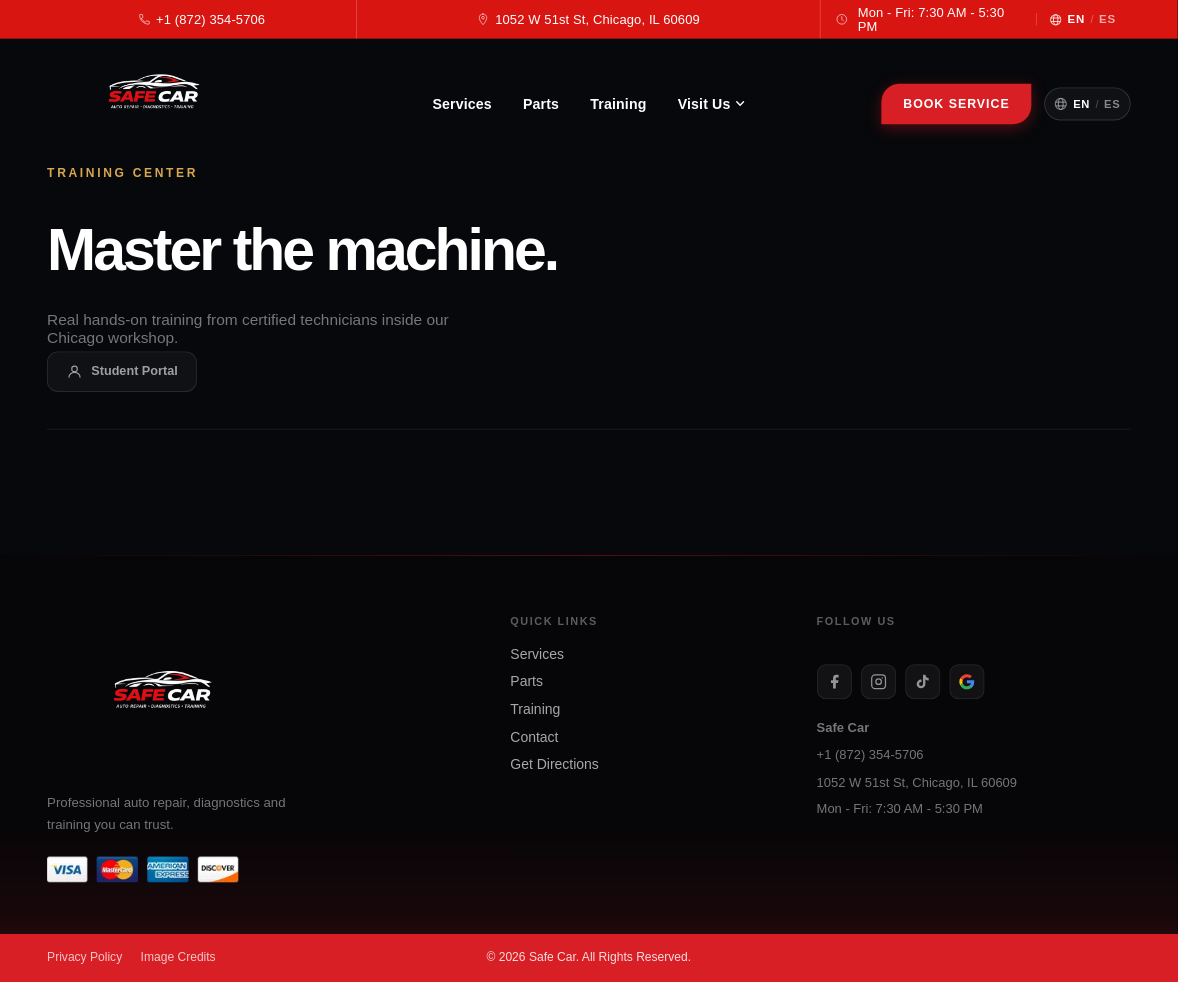
Repository: Jonshk/safecar_modular_pro
Page: /training (app in frontend/)
An editor plug-in stored every save of this project. The page is shown before and after the next save, followed by the edit.
The browser window is 1280 px wide. The pictures show the whole page, at 92% of full size.
The page's requests for data from a server got no answer. The project was rebuilt for these pictures with package versions that can differ from the ones it lists, and the page was loaded fresh each time. The framework's server and built-in components were replaced by stand-ins that run in the browser. No one was signed in, and anything a server would have sent is missing. Also part of the build but not shown: frontend/next.config.mjs.

Above is the page before, as saved 2026-04-18 15:43:56.

After the next save:
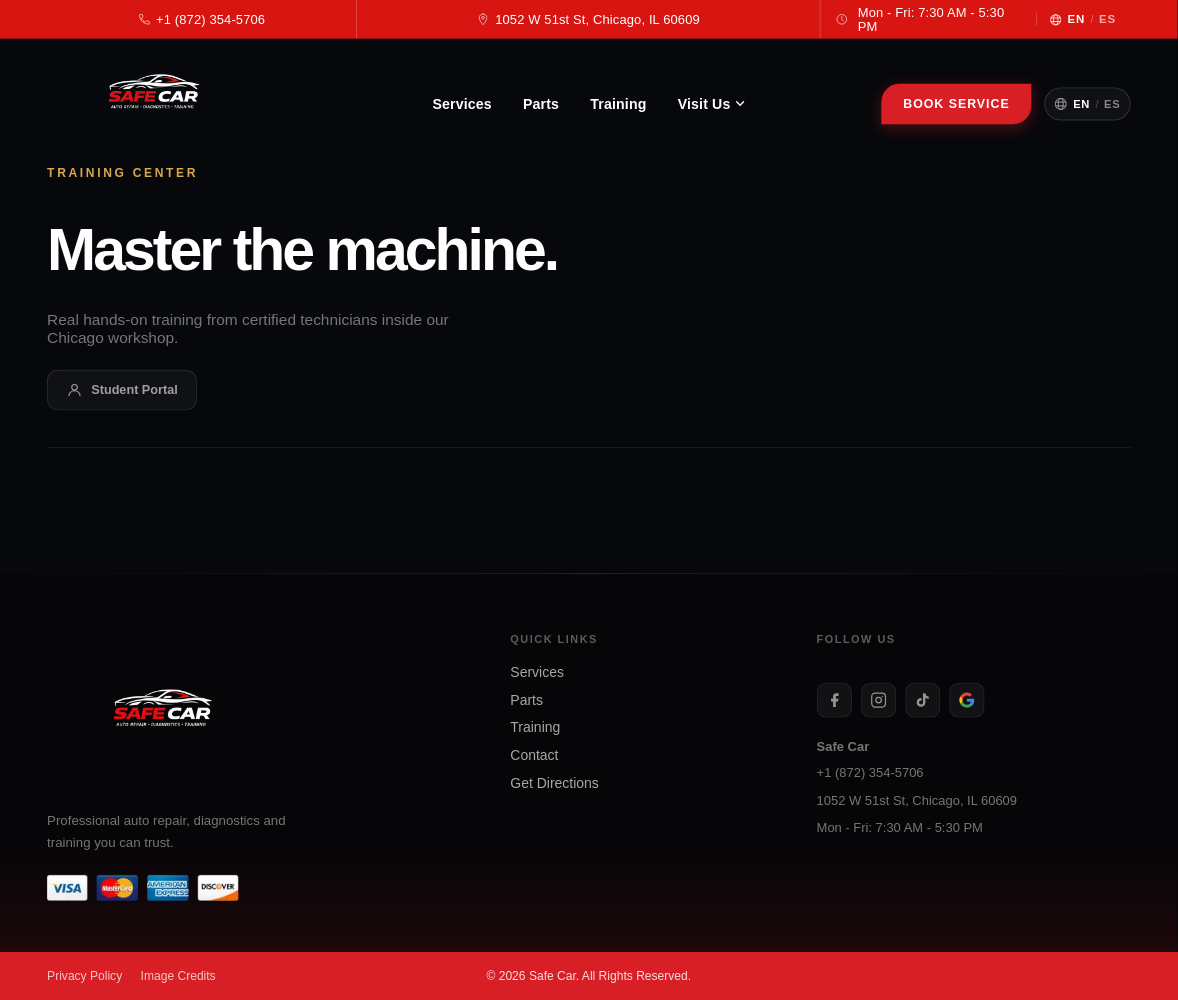
Saved 2 min 3 s later.
--- a/frontend/app/training/page.tsx
+++ b/frontend/app/training/page.tsx
@@ -489,14 +489,14 @@ export default function TrainingPage() {
             <p className="eyebrow">{t.eyebrow}</p>
             <h1 className="trnHeroTitle">{t.title}</h1>
             <p className="trnHeroSub">{t.sub}</p>
-          </div>
-          <button className="trnPortalBtn" onClick={() => setView("portal")}>
-            <svg width="18" height="18" viewBox="0 0 24 24" fill="none">
-              <circle cx="12" cy="8" r="4" stroke="currentColor" strokeWidth="1.6"/>
-              <path d="M4 20c0-4 3.6-7 8-7s8 3 8 7" stroke="currentColor" strokeWidth="1.6" strokeLinecap="round"/>
-            </svg>
-            {t.portalTitle}
-          </button>
+            <button className="trnPortalBtn" onClick={() => setView("portal")}>
+              <svg width="18" height="18" viewBox="0 0 24 24" fill="none">
+                <circle cx="12" cy="8" r="4" stroke="currentColor" strokeWidth="1.6"/>
+                <path d="M4 20c0-4 3.6-7 8-7s8 3 8 7" stroke="currentColor" strokeWidth="1.6" strokeLinecap="round"/>
+              </svg>
+              {t.portalTitle}
+            </button>
+          </div>
         </div>
 
         {/* Modules */}
